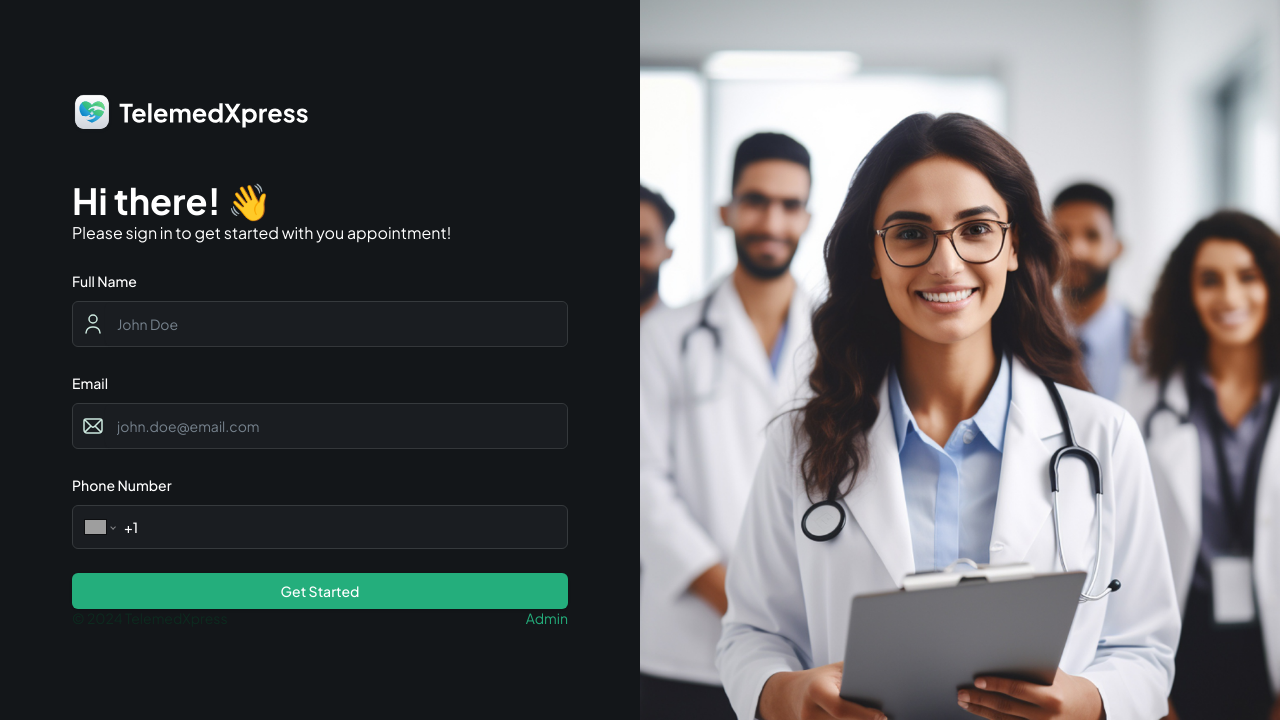
Repository: Carlito-Pedida/telemed
Page: /
The author's editor kept a copy of each file at every save. The page is drawn from the files as they stood at one save, then again after the next save.
The browser window is 1280 px wide. The pictures show the whole page.
Pictures or frames that could not be fetched are drawn as grey boxes. The project was rebuilt for these pictures with package versions that can differ from the ones it lists, and the page was loaded fresh each time. The framework's server and built-in components were replaced by stand-ins that run in the browser. Also part of the build but not shown: next.config.mjs, components/ui/select.tsx, components/ui/textarea.tsx, components/ui/checkbox.tsx.

Above is the page before, as saved 2024-11-04 20:24:02.

After the next save:
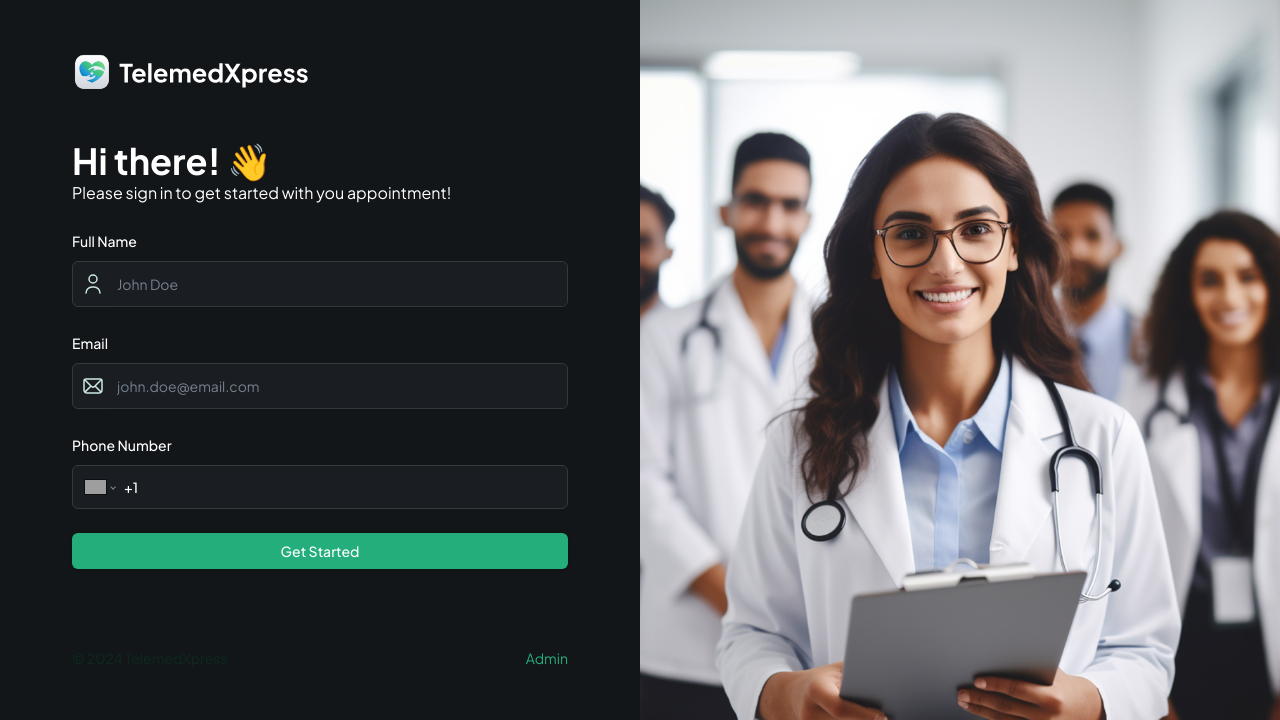
Saved 3 min 6 s later.
--- a/app/page.tsx
+++ b/app/page.tsx
@@ -18,7 +18,7 @@ export default function Home() {
 
           <PatientForm />
 
-          <div className="text-14-regular mt--20 flex justify-between">
+          <div className="text-14-regular mt-20 flex justify-between">
             <p className="justify-items-end text-green-600 xl:text-left">
               © 2024 TelemedXpress
             </p>
